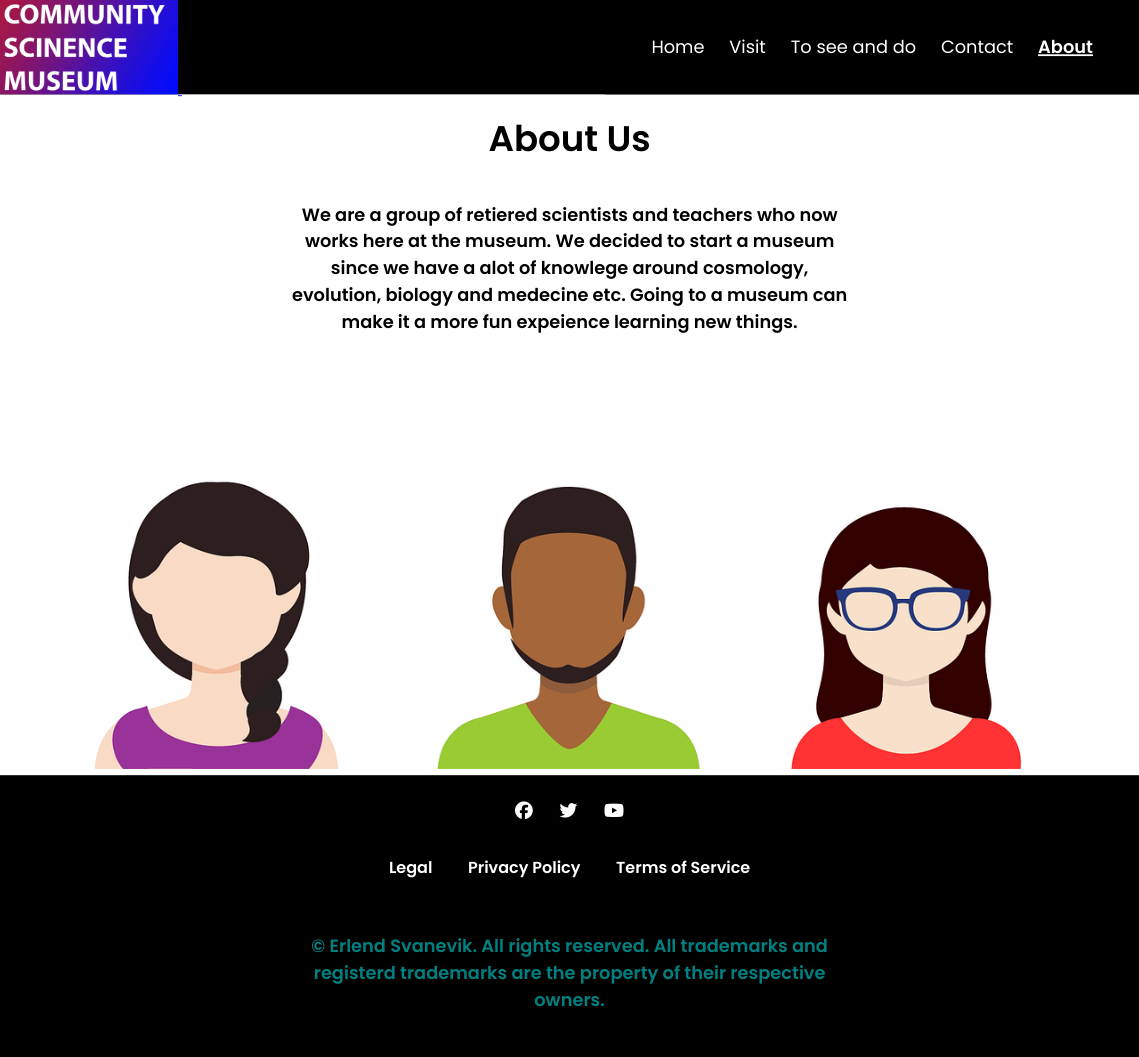
Repository: EpleWasTaken/Semester-Project
Page: about.html
An editor plug-in stored every save of this project. The page is shown before and after the next save, followed by the edit.
The browser window is 1280 px wide. The pictures show the whole page, at 89% of full size.
Some web libraries are served in a nearby version.

Above is the page before, as saved 2020-12-12 13:17:05.

### about.html
<!DOCTYPE html>
<html lang="en">
<head>
    <meta charset="UTF-8">
    <meta name="viewport" content="width=device-width, initial-scale=1.0">
    <meta name="keywords" content="museum, science museum, community museum">
    <meta name="author" content="Erlend Molvik Svanevik">
    <title>CMS About</title>

    <link rel="preconnect" href="https://fonts.gstatic.com">
    <link href="https://fonts.googleapis.com/css2?family=Poppins:ital,wght@0,100;0,200;0,300;0,400;0,500;0,600;1,100;1,200;1,300;1,400;1,500;1,600&display=swap" rel="stylesheet">
    <link rel="stylesheet" href="./css/styles.css">
    <link rel="stylesheet" href="./css/footer.css">
    <link rel="stylesheet" href="/css/hamburger.css">
    <script src="https://kit.fontawesome.com/cafca22d75.js" crossorigin="anonymous"></script>
</head>


<!--NAVIGAION, LOGO AND SEARCH BAR-->


<body>
    <header>
        <a href="index.html" aria-label="Go to frontpage">
            <img src="/Images/CommunityScienceMuseum.jpg" class="logo" alt="Community Science Museum logo">
        </a>
        <label class="hamburger-label" for="hamburger-menu" aria-label="Hamburger menu for navigation"><i class="fas fa-bars fa-2x"></i></label>
        <input type="checkbox" id="hamburger-menu">
        <nav>
            <ul class="nav">
                <li><a href="index.html" aria-label="Go to home page">Home</a></li>
                <li><a href="visit.html" aria-label="Go to the visit page">Visit</a></li>
                <li><a href="to-see-and-do.html" aria-label="Go to: To see and do">To see and do</a></li>
                <li><a href="contact.html" aria-label="Go to the contact page">Contact</a></li>
                <li><a href="about.html" aria-label="Go to the about page" class="active">About</a></li>
            </ul>
        </nav>
    </header>


<!--CONTENT-->


<main>
    <div class="about-container">
        <div class="about-page">
            <h2>About Us</h2>
            <p>We are a group of retiered scientists and teachers who now works here at the museum.
            We decided to start a museum since we have a alot of knowlege around cosmology, evolution, biology and medecine etc.
            Going to a museum can make it a more fun expeience learning new things.</p>
        </div>
    </div>
    <img src="./Images/Avatar2.png">
</main>


<!--FOOTER, TOS/LEGAL/PRIVACY-POLICY AND SOCIALS-->


    <footer class="footer">
        <div class="footer-container">
            <ul class="footer-social">
                <li>
                    <a href="#0" class="facebook"><i class="fab fa-facebook"></i></a>
                </li>
                <li>
                    <a href="#0" class="twitter"><i class="fab fa-twitter"></i></a>
                </li>
                <li>
                    <a href="#0" class="youtube"><i class="fab fa-youtube"></i></a>
                </li>
            </ul>
        </div>
        <div class="footer-container">
            <div class="footer-legal">
                <a href="#0">Legal</a>
                <a href="#0">Privacy Policy</a>
                <a href="#0">Terms of Service</a>
            </div>
            <div class="footer-copyright">
                <p>&copy; Erlend Svanevik. All rights reserved. All trademarks and registerd trademarks are the property of
                   their respective owners.
                </p>
            </div>
        </div>
    </footer>
</body>
</html>

### css/styles.css
* {
	margin: 0px;
	padding: 0px;
	box-sizing: border-box;
}

body {
	font-family: 'poppins', sans-serif;
	background: white;
}

nav {
	background-color: black;
}

header {
	background: black;
	min-height: 53.13px;
}

.logo {
	min-width: 100px;
}

a.fas.fa-phone,
a.fas.fa-envelope {
	display: flex;
	justify-content: center;
	align-items: center;
	font-size: 30px;
}

.contact-form {
	display: flex;
	flex-direction: column;
	justify-content: center;
	align-items: center;
	margin: auto;
}

.email {
	display: flex;
}

/* NAVIGATION/HAMBURGER MENU/CLICKEBLE
-------------------------------------------*/

/*PICTURES
-----------------------------------------------*/

.homepic,
.space,
.mammoth,
.people,
.science,
.ant {
	width: auto;
	max-width: 100%;
	height: auto;
	margin-bottom: 3vh;
}

/*TEXT/FONT/TEXT ALIGNMENY
--------------------------------------------------*/

h1 {
	display: flex;
	align-items: center;
	justify-content: center;
	margin-left: auto;
	margin-right: auto;
	font-weight: 600;
	font-size: 30px;
	margin: 40px;
	text-align: center;
}

h2 {
	display: flex;
	align-items: center;
	justify-content: center;
	margin-left: auto;
	margin-right: auto;
	font-weight: 600;
	font-size: 25px;
	margin: 40px;
	text-align: center;
}

h3 {
	display: flex;
	align-items: center;
	justify-content: center;
	font-weight: 600;
	font-size: 20px;
	margin: 40px;
	text-align: center;
}

p {
	display: flex;
	align-items: center;
	justify-content: center;
	font-weight: 600;
	font-size: 15px;
	margin: 40px;
	max-width: 70%;
	margin-left: auto;
	margin-right: auto;
	text-align: center;
}

.open-hours p {
	margin: 20px;
	margin-left: auto;
	margin-right: auto;
	align-items: center;
	justify-content: center;
	text-align: center;
}

.contact-container {
	display: flex;
	flex-direction: row;
	align-items: center;
}

.mail {
	display: flex;
	justify-content: center;
	align-items: center;
}

@media screen and (min-width: 1024px) {
	body {
		font-family: 'poppins', sans-serif;
		font-weight: 400;
	}

	header {
		height: 106.25px;
	}

	.logo {
		max-width: 200px;
	}

	.homepic {
		display: flex;
		flex-direction: column;
		justify-content: center;
		align-items: center;
		max-width: 1664px;
		margin-left: auto;
		margin-right: auto;
	}

	h1,
	h2,
	h3,
	p {
		display: flex;
		align-items: center;
		justify-content: center;
	}

	h1 {
		font-size: 60px;
		margin: 40px;
	}

	h2 {
		font-size: 40px;
		margin: 20px;
	}

	h3 {
		font-size: 30px;
		margin: 15px;
	}

	p {
		font-size: 20px;
		margin: 40px;
		max-width: 50%;
		margin-left: auto;
		margin-right: auto;
	}

	.space,
	.mammoth,
	.people,
	.science,
	.ant {
		display: flex;
		left: 0;
		right: 0;
		max-width: 800px;
		justify-content: center;
		align-items: center;
		margin: auto;
		padding: 4vh;
	}
}

### css/footer.css
/* FOOTER */

* {
	padding: 0;
	margin: 0;
	box-sizing: border-box;
}

footer {
	display: flex;
	flex-direction: column;
	justify-content: center;
	align-items: center;
	background-color: black;
	font-family: 'Poppins', sans-serif;
	font-weight: 600;
	padding: 10px;
}

.footer-container {
	display: flex;
	flex-direction: column;
	justify-content: center;
	align-items: center;
}

.footer-social {
	font-size: 35px;
}

.footer-social li a {
	color: white;
}

.footer-legal {
	display: flex;
	flex-direction: column;
	text-decoration: none;
	align-items: center;
	justify-content: center;
	font-size: 20px;
}

.footer-legal a {
	display: flex;
	text-decoration: none;
	flex-direction: row;
	padding: 15px;
}

.footer-social li a.facebook:hover {
	color: #3b5998;
}

.footer-social li a.twitter:hover {
	color: #00acee;
}

.footer-social li a.youtube:hover {
	color: #c4302b;
}

.footer-legal a {
	color: white;
}

.footer-legal a:hover {
	color: #008080;
}

.footer-copyright {
	display: flex;
	flex-direction: column;
	text-decoration: none;
	justify-content: center;
	align-items: center;
	text-align: center;
	font-size: 14px;
	color: #008080;
}

ul {
	list-style: none;
}

@media screen and (min-width: 1024px) {
	.footer-legal {
		display: flex;
		flex-direction: row;
		justify-content: center;
		align-items: center;
		font-size: 18px;
	}

	.footer-legal a {
		display: flex;
		flex-direction: row;
		justify-content: center;
		align-items: center;
		padding: 20px;
	}

	.footer-social {
		display: flex;
		flex-direction: row;
		justify-content: center;
		align-items: center;
		text-decoration: none;
	}

	.footer-container {
		text-decoration: none;
	}

	.footer-social li {
		display: flex;
		flex-direction: row;
		text-decoration: none;
		margin: 15px;
	}
}

### css/hamburger.css
* {
	margin: 0px;
	padding: 0px;
	box-sizing: border-box;
}

nav,
#hamburger-menu {
	display: none;
	z-index: 1;
}

nav ul {
	padding: 0px;
}

nav li {
	display: block;
}

ul a {
	margin: 40px;
	font-size: 20px;
}

nav a {
	text-decoration: none;
	color: white;
	display: block;
	justify-content: center;
	align-items: center;
}

.nav {
	display: block;
	position: absolute;
	justify-content: space-between;
	right: 0;
	width: 50%;
	background-color: black;
	text-align: center;
}

.hamburger-label {
	color: #fff;
	padding: 10px;
	font: 1.5em;
	display: block;
	position: absolute;
	right: 0;
	top: 0px;
}

.active {
	font-weight: 600;
	text-decoration: underline;
}

#hamburger-menu:checked ~ nav {
	display: flex;
}

@media screen and (min-width: 1024px) {
	nav {
		display: inline-block;
	}

	.active {
		font-weight: 600;
		text-decoration: underline;
	}

	.hamburger-label {
		display: none;
	}

	nav ul {
		padding: 0px;
		color: #fff;
		font: 1.5em;
		display: flex;
		position: absolute;
		right: 0;
		top: 0px;
		min-width: 600px;
		align-items: center;
		padding: 38px;
	}

	nav li {
		display: block;
	}

	nav a {
		text-decoration: none;
		color: white;
		display: block;
	}

	.nav {
		display: flex;
		justify-content: space-around;
		text-decoration: none;
		background-color: black;
		height: auto;
		width: auto;
		margin: auto;
	}

	ul a {
		margin: auto;
	}
}

After the next save:
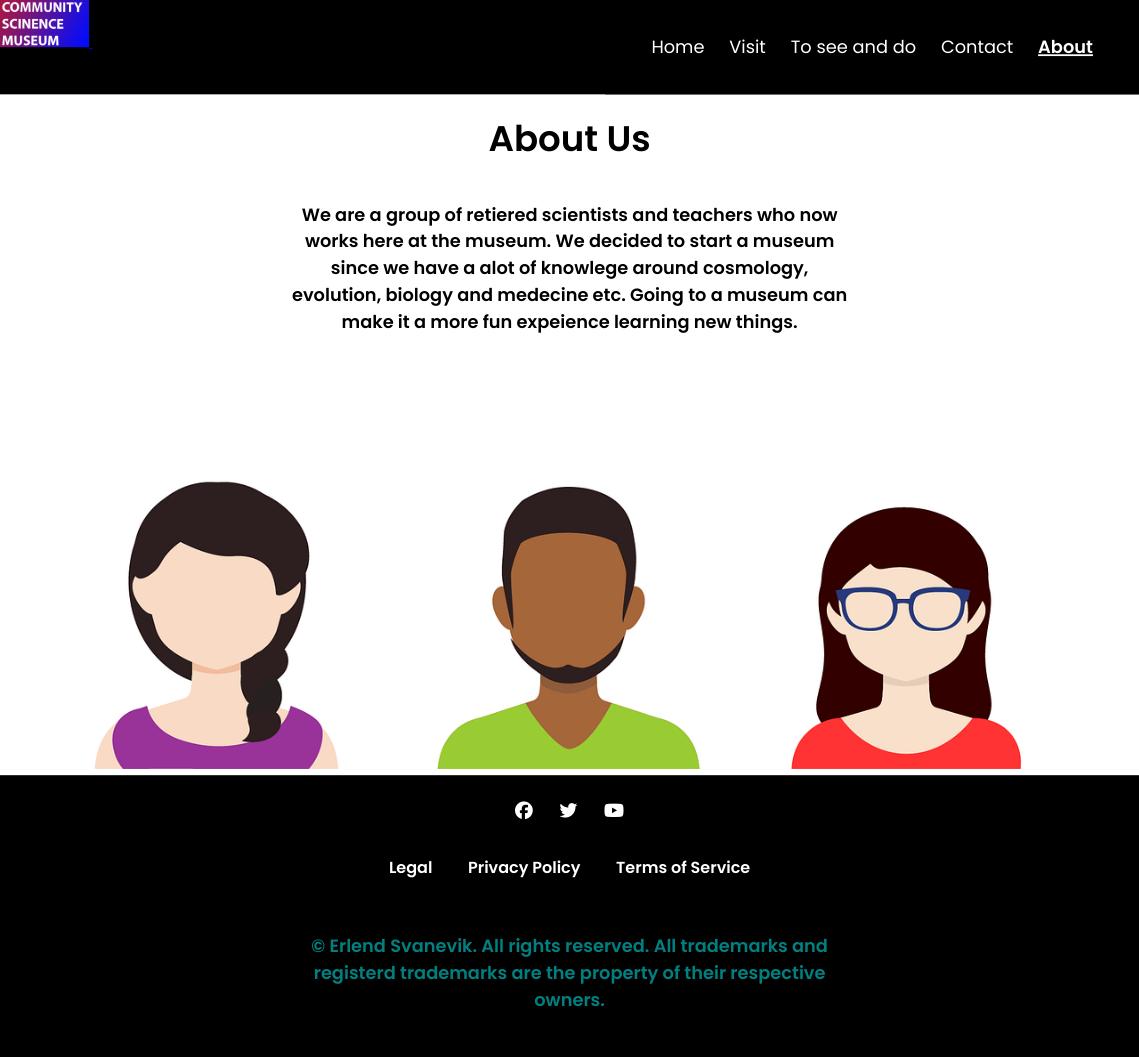
Saved 7 s later.
--- a/css/styles.css
+++ b/css/styles.css
@@ -19,7 +19,7 @@
 }
 
 .logo {
-	min-width: 100px;
+	width: 100px;
 }
 
 a.fas.fa-phone,

After the 4 saves that followed:
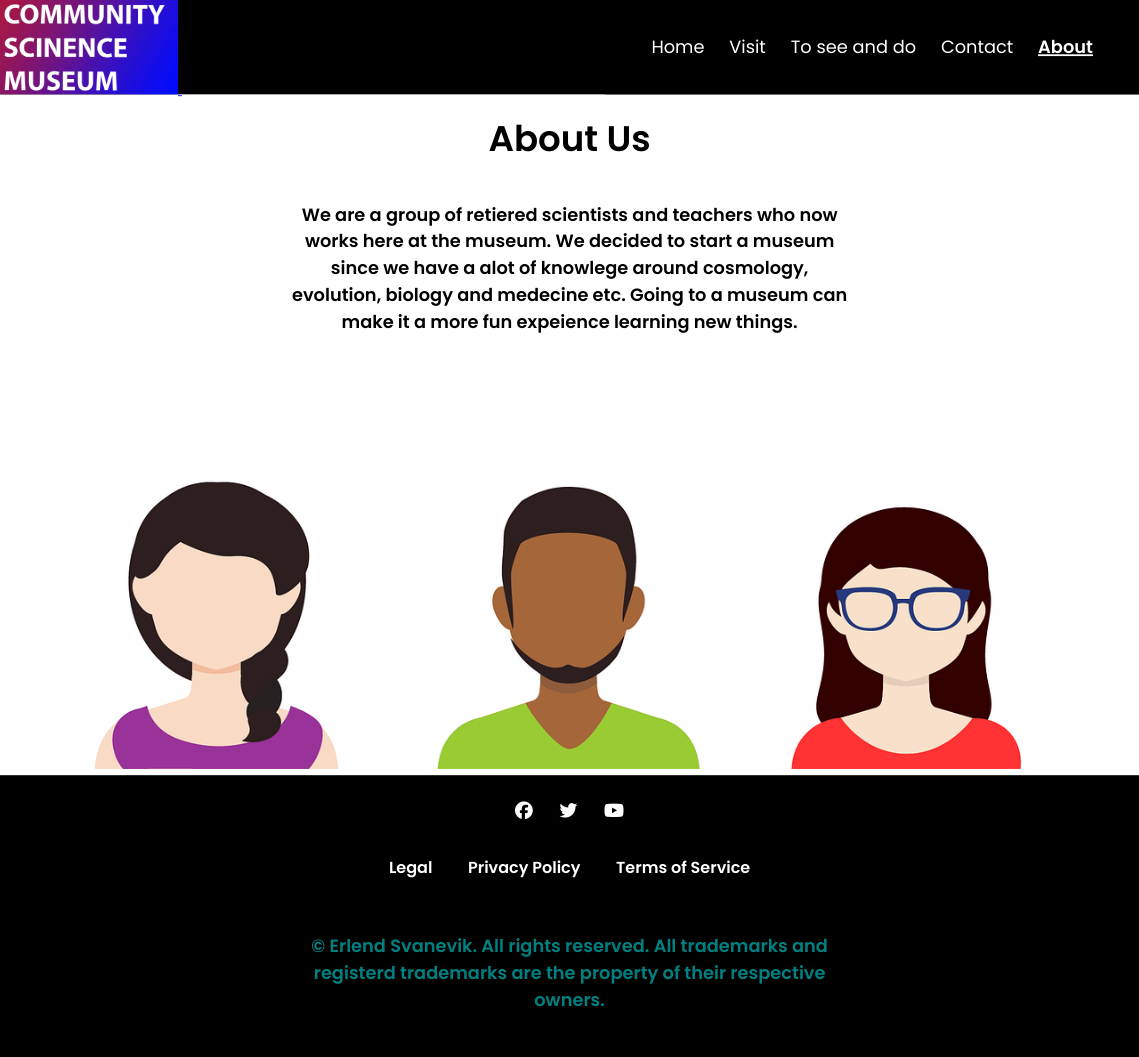
The 4 saves are shown as one change because 1 left the picture as it was and some came seconds apart.
The last was saved 31 s later.
--- a/css/styles.css
+++ b/css/styles.css
@@ -19,7 +19,7 @@
 }
 
 .logo {
-	width: 100px;
+	max-width: 100px;
 }
 
 a.fas.fa-phone,
